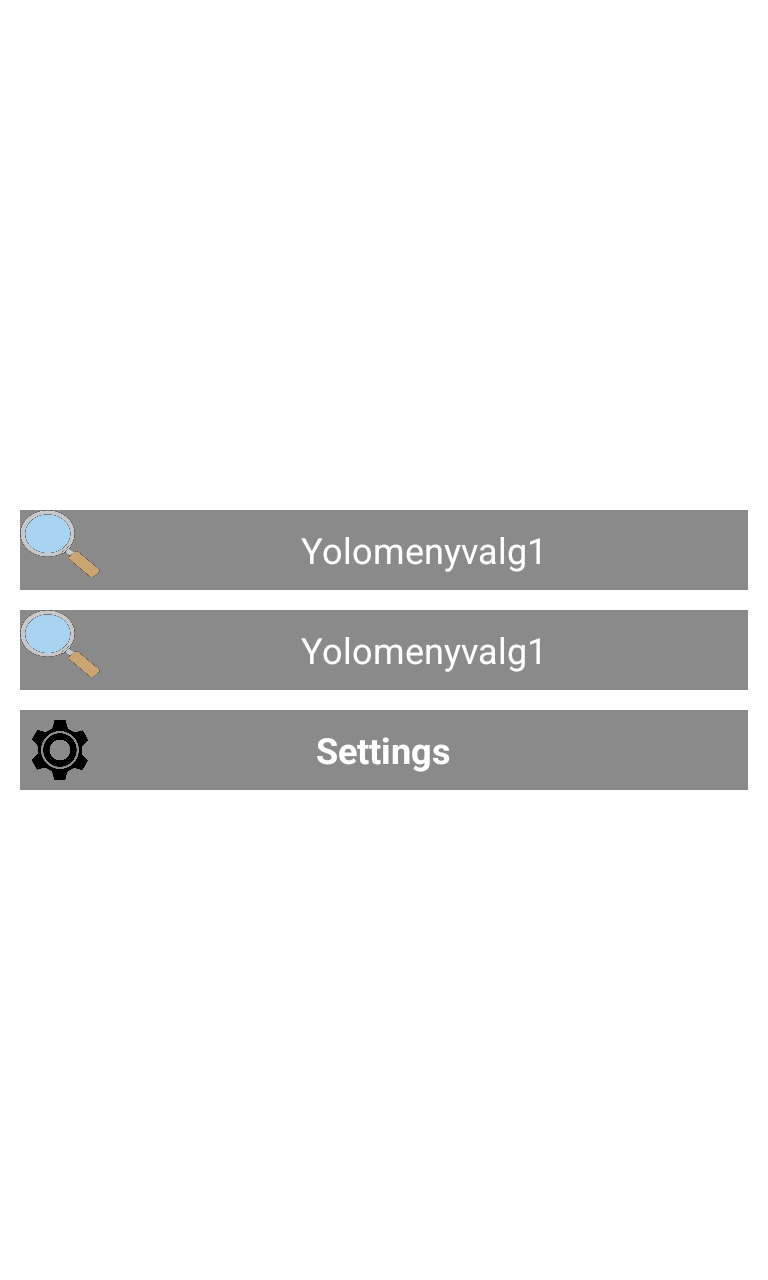
Repository: pumalove/workspace
Layout: MainActivity/res/layout/gridview.xml
An editor plug-in stored every save of this project. The layout is shown before and after the next save, followed by the edit.
It is drawn on a 768 x 1280 px phone screen (xhdpi) without system bars, with theme AppTheme; the app's code is not run. Lists and similar views that code fills are empty.

Above is the layout before, as saved 2014-03-18 11:15:48.

After the next save:
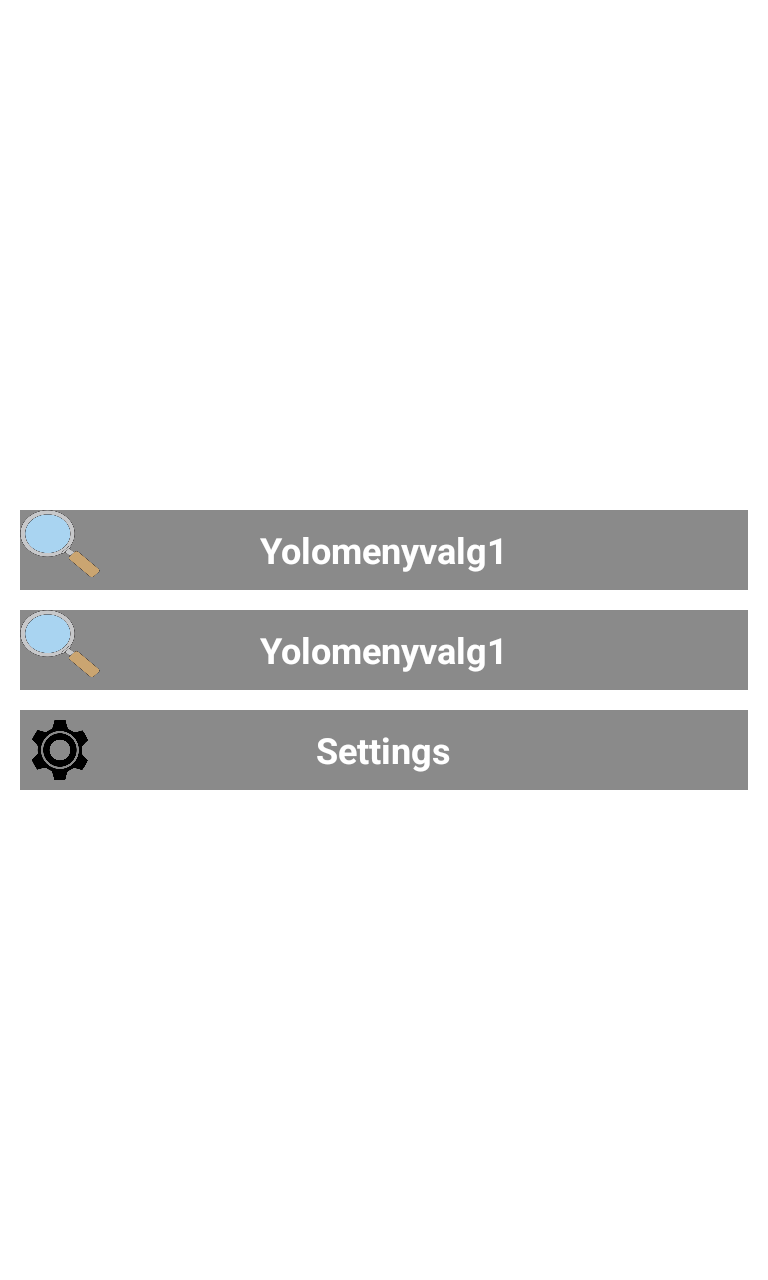
Saved 75 s later.
--- a/MainActivity/res/layout/gridview.xml
+++ b/MainActivity/res/layout/gridview.xml
@@ -62,7 +62,9 @@
                 	android:layout_gravity="center"
                 	android:text="Yolomenyvalg1"
                 	android:textColor="#FFFFFF"
-                	android:textSize="18dp"/>
+                	android:textSize="18dp"
+                	android:layout_marginRight="40dp"
+                	android:textStyle="bold"/>
 			</LinearLayout>
 		</LinearLayout>
 
@@ -97,7 +99,9 @@
                 	android:layout_gravity="center"
                 	android:text="Yolomenyvalg1"
                 	android:textColor="#FFFFFF"
-                	android:textSize="18dp"/>
+                	android:textSize="18dp"
+                	android:layout_marginRight="40dp"
+                	android:textStyle="bold"/>
 			</LinearLayout>
 
         </LinearLayout>
